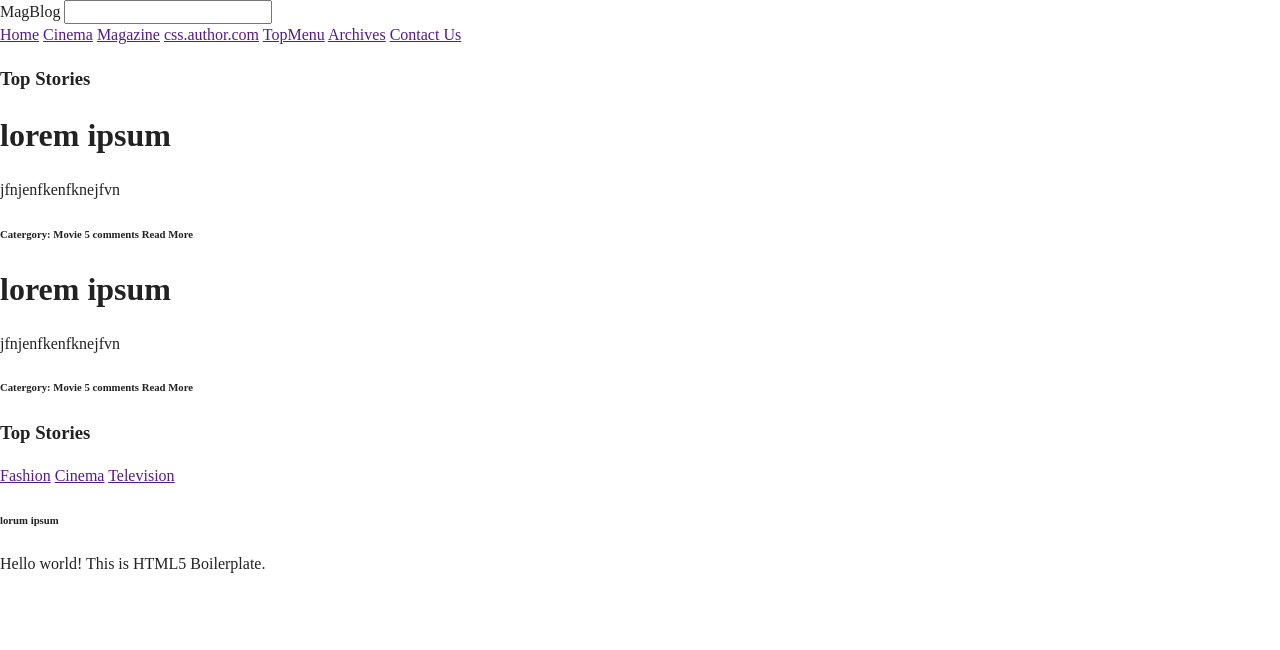
Repository: bguemos/project1lab3
Page: index.html
An editor plug-in stored every save of this project. The page is shown before and after the next save, followed by the edit.
The browser window is 1280 px wide. The pictures show the whole page.

Above is the page before, as saved 2023-01-17 21:32:59.

After the next save:
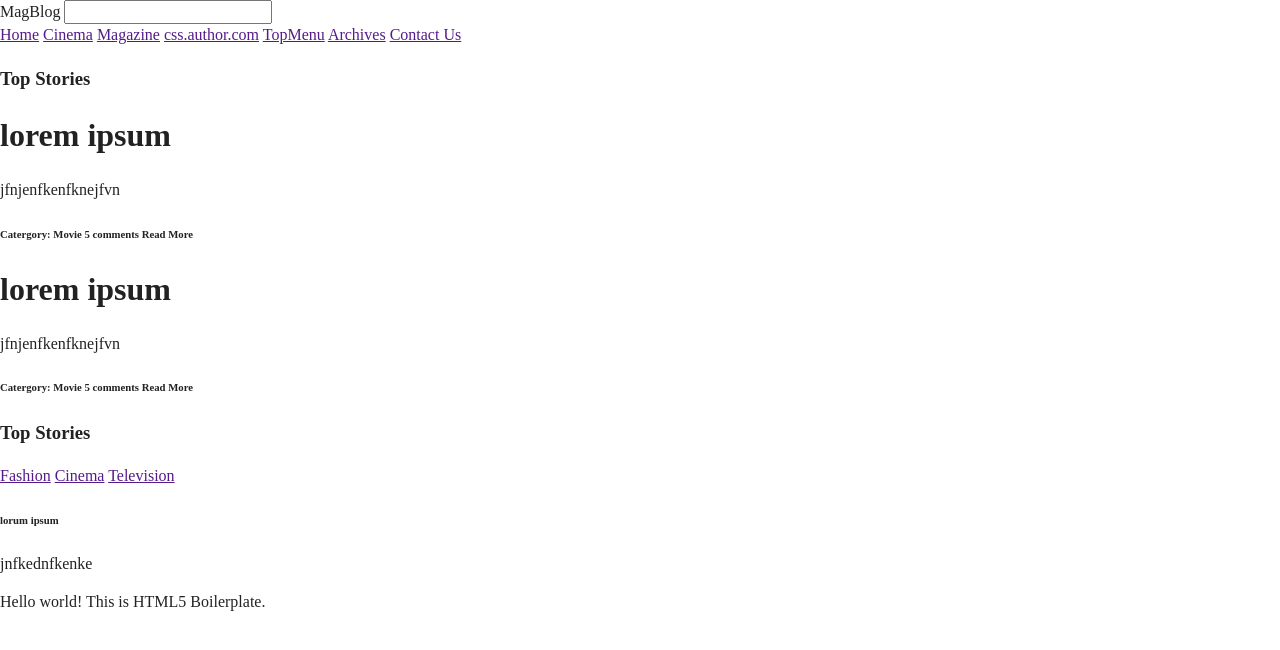
Saved 15 s later.
--- a/index.html
+++ b/index.html
@@ -60,6 +60,7 @@
       <a href>Cinema</a>
       <a href>Television</a>
       <h6>lorum ipsum</h6>
+      <p>jnfkednfkenke</p>
 
     </div>
  </div>
